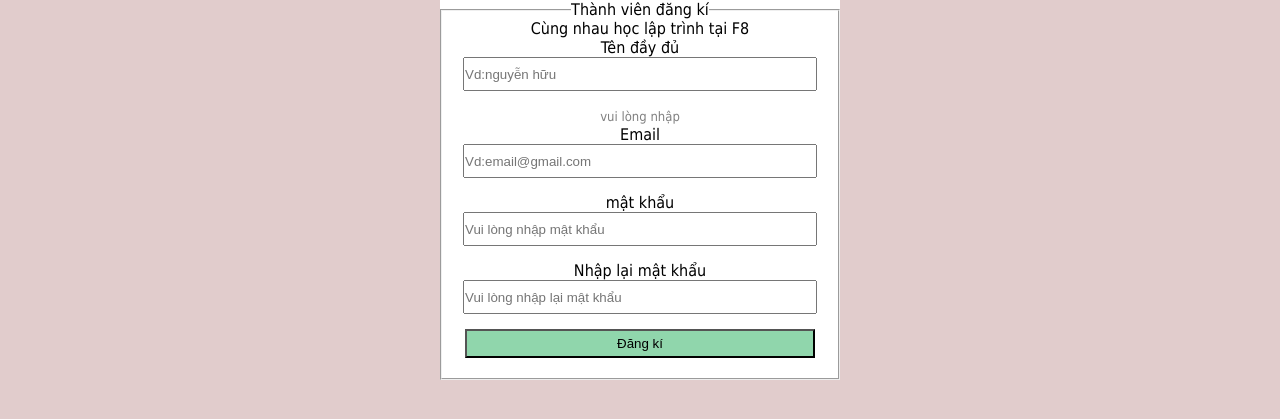
Repository: HuunvDev/Validator
Page: index.html
These files come from the project's save history. The page is drawn as it stood at one moment and after the next save; the edit follows.
The browser window is 1280 px wide. The pictures show the whole page.

Above is the page before, as saved 2022-08-20 08:41:03.

After the next save:
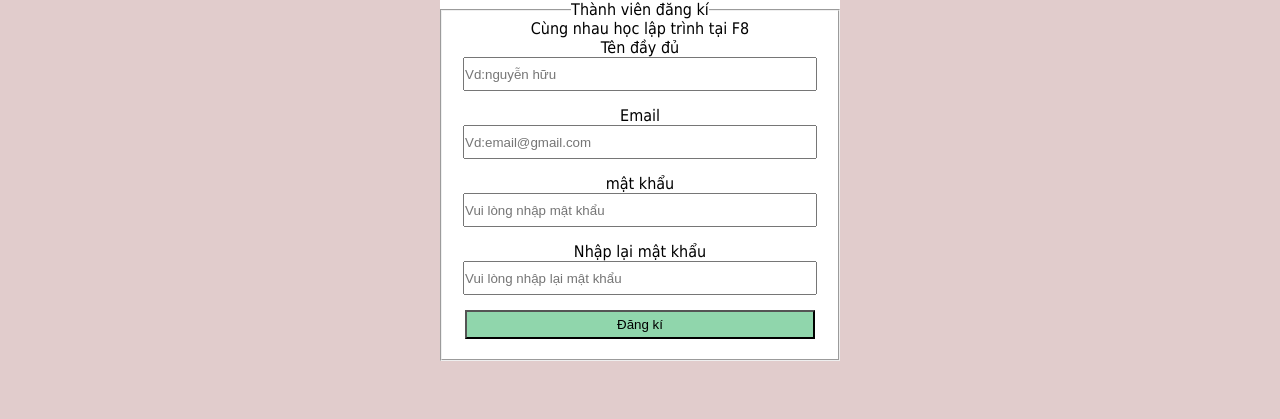
Saved 44 s later.
--- a/index.html
+++ b/index.html
@@ -15,7 +15,7 @@
             <div class="form-group">
                 <label for="fullName" class="form-lable">Tên đầy đủ</label><br>
                 <input type="text" id="fullName" name="fullName" placeholder="Vd:nguyễn hữu"><br>
-                <span class="form-message">vui lòng nhập</span>
+                <span class="form-message"></span>
             </div>
             <div class="form-group">
                 <label for="email" class="form-lable">Email</label><br>
